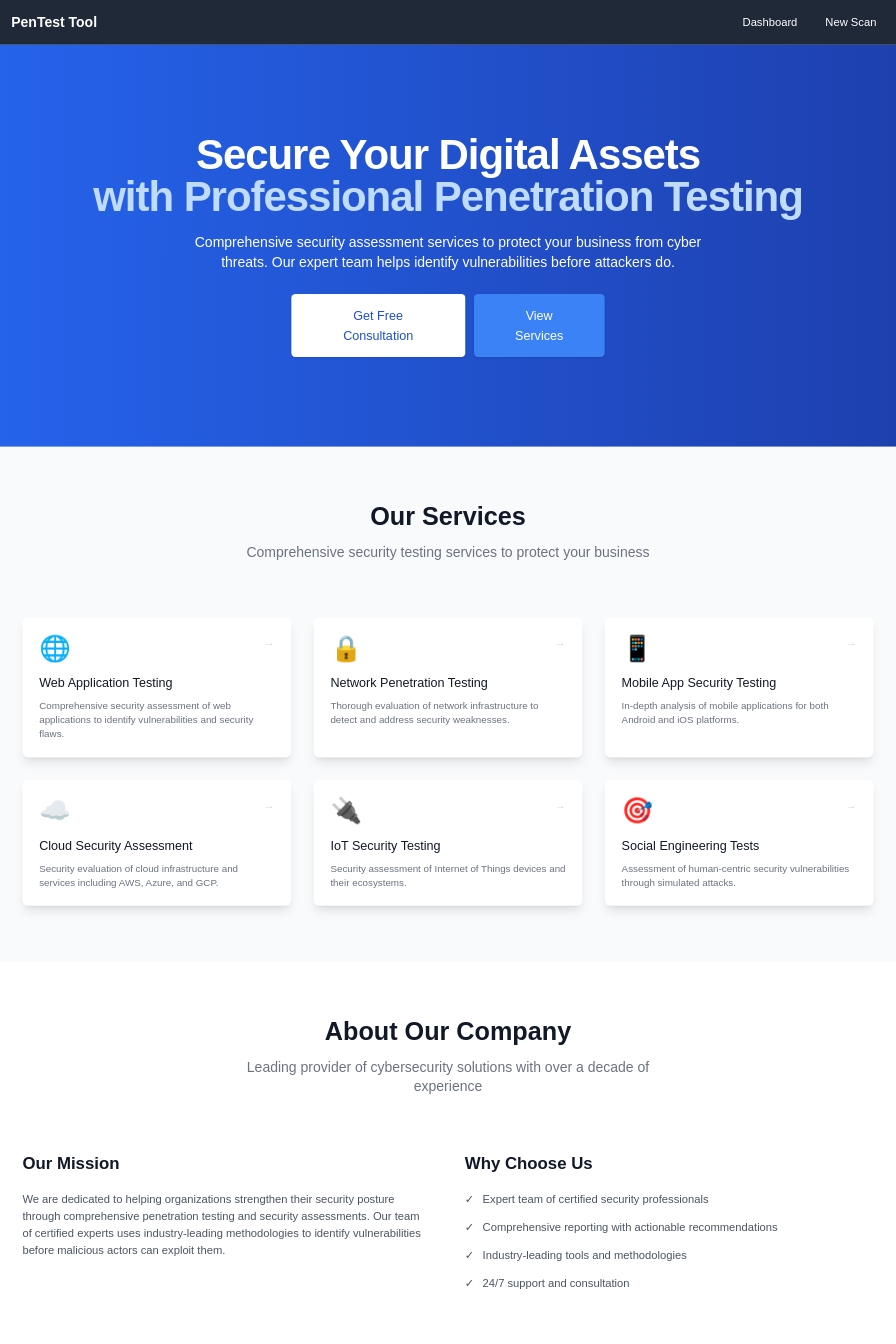
Repository: ZSayless/Penetration-test
Page: /
An editor plug-in stored every save of this project. The page is shown before and after the next save, followed by the edit.
The browser window is 1280 px wide. The pictures show the part of the page from y = 0 to 1920 px (the page is 3992 px tall before and 3928 px after), at 70% of full size.
The project was rebuilt for these pictures with package versions that can differ from the ones it lists, and the page was loaded fresh each time. The framework's server and built-in components were replaced by stand-ins that run in the browser. Also part of the build but not shown: next.config.js.

Above is the page before, as saved 2024-12-03 16:40:31.

After the next save:
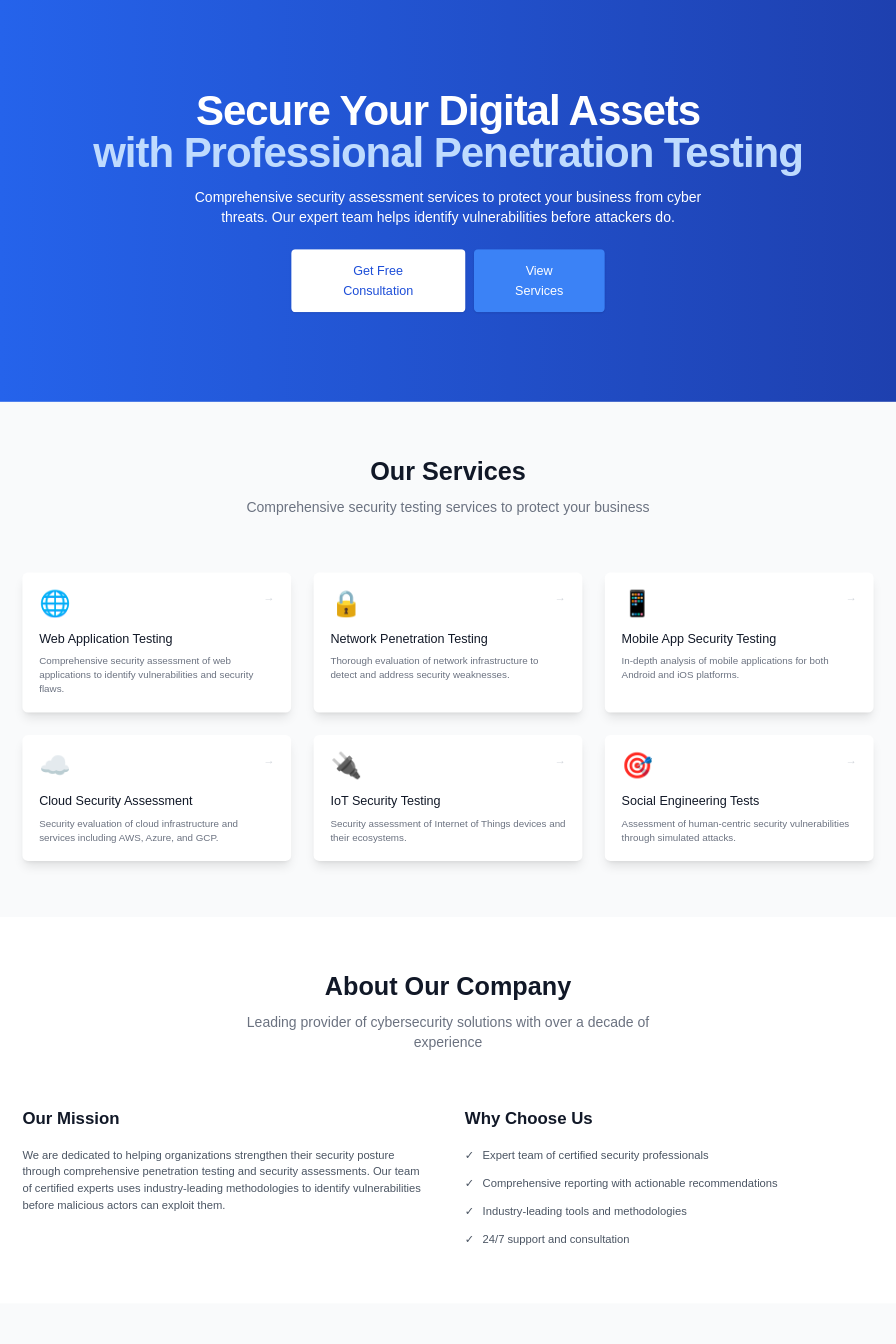
Saved 1 s later.
--- a/src/components/Navbar.tsx
+++ b/src/components/Navbar.tsx
@@ -1,38 +1,9 @@
 'use client';
 
-interface NavbarProps {
-  activeTab: string;
-  setActiveTab: (tab: string) => void;
+import { useState } from 'react';
+import Link from 'next/link';
+import Image from 'next/image';
+
+export default function Navbar() {
+  // ... rest of your Navbar component code
 }
-
-export default function Navbar({ activeTab, setActiveTab }: NavbarProps) {
-  return (
-    <nav className="bg-gray-800 text-white">
-      <div className="container mx-auto px-4">
-        <div className="flex items-center justify-between h-16">
-          <div className="flex items-center">
-            <span className="text-xl font-bold">PenTest Tool</span>
-          </div>
-          <div className="flex space-x-4">
-            <button
-              className={`px-3 py-2 rounded-md ${
-                activeTab === 'dashboard' ? 'bg-gray-900' : ''
-              }`}
-              onClick={() => setActiveTab('dashboard')}
-            >
-              Dashboard
-            </button>
-            <button
-              className={`px-3 py-2 rounded-md ${
-                activeTab === 'scan' ? 'bg-gray-900' : ''
-              }`}
-              onClick={() => setActiveTab('scan')}
-            >
-              New Scan
-            </button>
-          </div>
-        </div>
-      </div>
-    </nav>
-  );
-}
